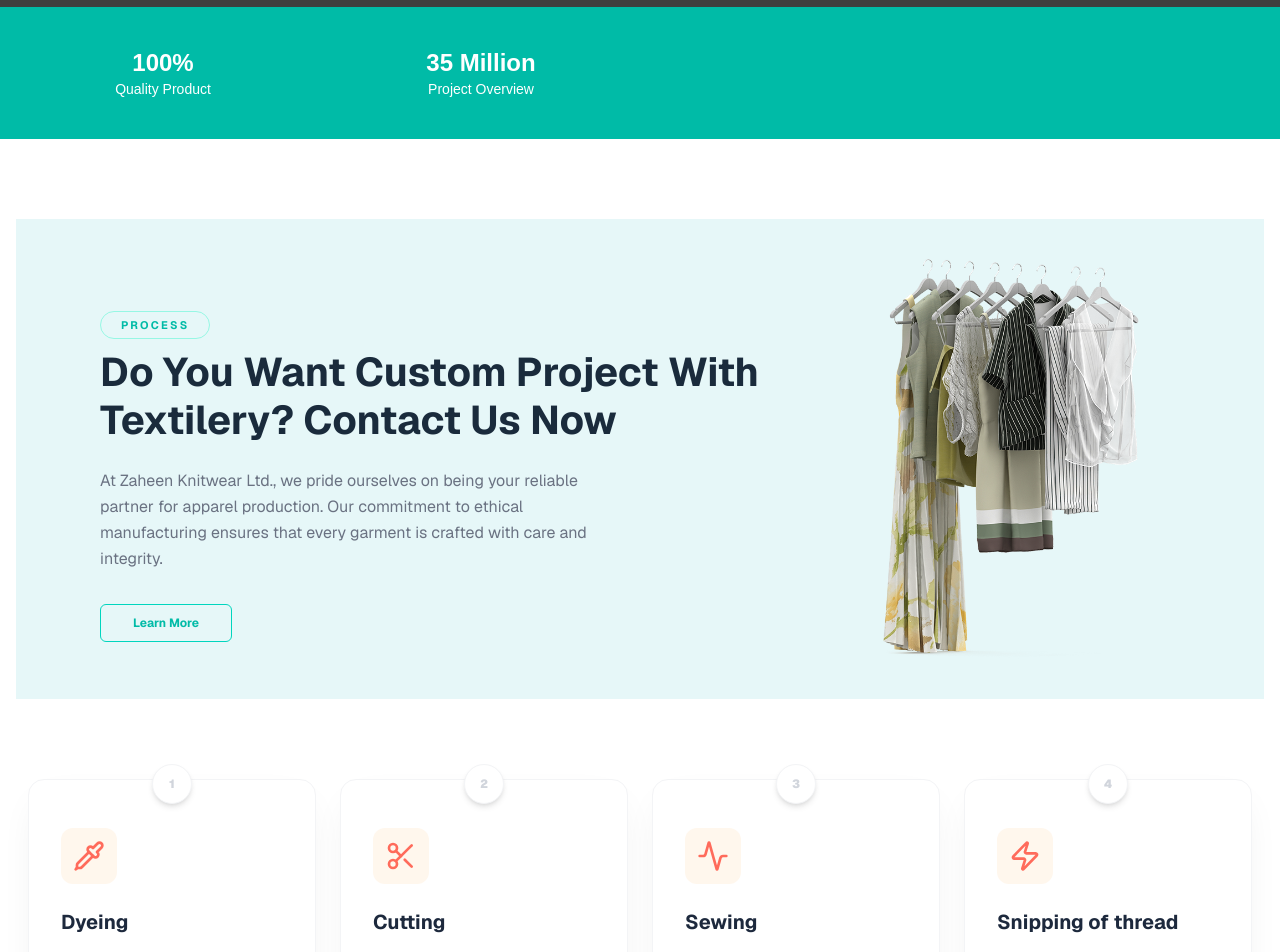
Repository: mdmuhibullahhabib/fullstack-assessment
Page: /
An editor plug-in stored every save of this project. The page is shown before and after the next save, followed by the edit.
The browser window is 1280 px wide. The pictures show the part of the page from y = 571 to 1523 px (the page is 3025 px tall).
Pictures or frames that could not be fetched are drawn as grey boxes. The project was rebuilt for these pictures with package versions that can differ from the ones it lists, and the page was loaded fresh each time. The framework's server and built-in components were replaced by stand-ins that run in the browser. Also part of the build but not shown: next.config.mjs.

Above is the page before, as saved 2025-12-27 10:09:22.

### src/app/layout.js
import { Geist, Geist_Mono } from "next/font/google";
import "./globals.css";
import Navbar from "@/components/shared/Navbar";
import Footer from "@/components/shared/Footer";

const geistSans = Geist({
  variable: "--font-geist-sans",
  subsets: ["latin"],
});

const geistMono = Geist_Mono({
  variable: "--font-geist-mono",
  subsets: ["latin"],
});

export const metadata = {
  title: "Create Next App",
  description: "Generated by create next app",
};

export default function RootLayout({ children }) {
  return (
    <html lang="en">
      <body
        className={`${geistSans.variable} ${geistMono.variable} antialiased`}
      >
        <Navbar/>
        {children}
        <Footer/>
      </body>
    </html>
  );
}

### src/app/page.js
import Apparel from "@/components/home/Apparel";
import CustomProcess from "@/components/home/CustomProcess";
import Hero from "@/components/home/hero";
import Stats from "@/components/home/Stats";


export default function Home() {
  return (
    <>
      <Hero />
      <Stats />
      <CustomProcess />
      <Apparel />
    </>
  );
}

### src/components/shared/Navbar.jsx
"use client";

import Link from "next/link";
import { Menu, X, ShoppingCart, User } from "lucide-react";
import { useState } from "react";

export default function Navbar() {
  const [open, setOpen] = useState(false);

  return (
    <header className="w-full">
      {/* ===== Top Bar ===== */}
      <div className="bg-teal-500 text-white text-sm">
        <div className="max-w-7xl mx-auto flex justify-between items-center px-4 py-2">
          <p>📍 Kashimpur, Gazipur Sadar / Gazipur</p>
          <div className="flex items-center gap-4">
            <span>📞 +880 01713-027875</span>
            <div className="flex gap-2">
              <span>f</span>
              <span>x</span>
              <span>▶</span>
              <span>📷</span>
            </div>
          </div>
        </div>
      </div>

      {/* ===== Main Navbar ===== */}
      <div className="bg-white shadow">
        <div className="max-w-7xl mx-auto flex items-center justify-between px-4 py-4">

          {/* Logo */}
          <Link href="/" className="flex items-center gap-2">
            <div className="w-10 h-10 bg-green-500 rounded flex items-center justify-center text-white font-bold">
              Z
            </div>
            <span className="font-bold text-lg text-gray-800">
              Company
            </span>
          </Link>

          {/* Desktop Menu */}
          <nav className="hidden md:flex items-center gap-8 text-gray-700 font-medium">
            <Link href="/">Home</Link>
            <Link href="/about">About Us</Link>
            <Link href="/services">Our Services</Link>
            <Link href="/products">Our Products</Link>
            <Link href="/blogs">Blogs</Link>
          </nav>

          {/* Right Actions */}
          <div className="hidden md:flex items-center gap-4">
            <ShoppingCart className="cursor-pointer" />
            <div className="w-8 h-8 bg-red-500 rounded-full flex items-center justify-center text-white">
              M
            </div>
            <Link
              href="/contact"
              className="bg-orange-500 text-white px-4 py-2 rounded"
            >
              Contact Us
            </Link>
          </div>

          {/* Mobile Menu Button */}
          <button
            onClick={() => setOpen(!open)}
            className="md:hidden"
          >
            {open ? <X /> : <Menu />}
          </button>
        </div>

        {/* ===== Mobile Menu ===== */}
        {open && (
          <div className="md:hidden bg-white border-t">
            <nav className="flex flex-col gap-4 px-4 py-4 text-gray-700">
              <Link href="/">Home</Link>
              <Link href="/about">About Us</Link>
              <Link href="/services">Our Services</Link>
              <Link href="/products">Our Products</Link>
              <Link href="/blogs">Blogs</Link>

              <div className="flex items-center gap-4 pt-4">
                <ShoppingCart />
                <User />
                <Link
                  href="/contact"
                  className="bg-orange-500 text-white px-4 py-2 rounded"
                >
                  Contact Us
                </Link>
              </div>
            </nav>
          </div>
        )}
      </div>
    </header>
  );
}

### src/components/shared/Footer.jsx
import Image from "next/image";
import Link from "next/link";

export default function Footer() {
  return (
    <footer className="bg-[#f8f8f8] border-t">
      <div className="max-w-7xl mx-auto px-4 py-12">

        {/* ===== Top Section ===== */}
        <div className="grid grid-cols-1 md:grid-cols-4 gap-10">

          {/* Logo & Contact */}
          <div className="space-y-4">
            <div className="flex items-center gap-3">
              <Image src="/logo.png" alt="logo" width={48} height={48} />
              <Image src="/logo2.png" alt="logo2" width={48} height={48} />
            </div>

            <p className="text-sm text-gray-600 flex gap-2">
              📍 29 SE 2nd Ave, Miami, FL 33131, United States
            </p>
            <p className="text-sm text-gray-600">
              ✉ info@zaheen.com
            </p>
            <p className="text-sm font-semibold">
              📞 (+92) 3942 7879
            </p>
          </div>

          {/* Pages */}
          <div>
            <h4 className="font-semibold mb-4 uppercase text-sm">Pages</h4>
            <ul className="space-y-2 text-sm text-gray-600">
              <li><Link href="#">About Us</Link></li>
              <li><Link href="#">Our Services</Link></li>
              <li><Link href="#">Our Products</Link></li>
            </ul>
          </div>

          {/* Information */}
          <div>
            <h4 className="font-semibold mb-4 uppercase text-sm">Information</h4>
            <ul className="space-y-2 text-sm text-gray-600">
              <li><Link href="#">My Account</Link></li>
              <li><Link href="#">Corporate Enquiries</Link></li>
              <li><Link href="#">FAQs</Link></li>
            </ul>
          </div>
        </div>

        {/* ===== Payment Channels (SAME ROW STYLE) ===== */}
        <div className="mt-10">
          <h4 className="font-semibold text-sm mb-4">PAYMENT CHANNELS</h4>

          <div className="flex flex-wrap gap-3">
            {[
              "visa",
              "mastercard",
              "amex",
              "bKash",
              "nagad",
              "rocket",
              "upay",
              "tap",
              "citybank",
              "bracbank",
              "easternbank",
              "standardchartered",
            ].map((logo) => (
              <div
                key={logo}
                className="bg-white border rounded-md px-4 py-2 flex items-center justify-center"
              >
                <Image
                  src={`/payments/${logo}.png`}
                  alt={logo}
                  width={48}
                  height={28}
                  className="object-contain"
                />
              </div>
            ))}
          </div>
        </div>

        {/* ===== Bottom Bar ===== */}
        <div className="border-t mt-10 pt-6 flex flex-col md:flex-row justify-between items-center gap-4 text-sm text-gray-600">

          <p>
            Copyright ©{" "}
            <span className="text-orange-500 font-medium">
              360D Soul Limited
            </span>{" "}
            2025. All rights reserved.
          </p>

          <div className="flex gap-4 text-lg">
            <span>f</span>
            <span>x</span>
            <span>📷</span>
          </div>

          <div className="flex gap-4">
            <Link href="#">Terms & Condition</Link>
            <Link href="#">Privacy & Policy</Link>
            <Link href="#">Refund Policy</Link>
          </div>
        </div>

      </div>
    </footer>
  );
}

### src/components/home/Apparel.jsx
export default function Apparel() {
  const products = [
    {
      name: "Denim Jacket",
      price: "$10.00",
      img: "https://images.unsplash.com/photo-1520975916090-3105956dac38",
    },
    {
      name: "Hoodie",
      price: "$12.00",
      img: "https://images.unsplash.com/photo-1520974735194-6c9c0c13ed3d",
    },
    {
      name: "T-Shirt",
      price: "$8.00",
      img: "https://images.unsplash.com/photo-1583743814966-8936f5b7be1a",
    },
  ];

  return (
    <section className="bg-gray-50 py-16">
      <div className="max-w-7xl mx-auto px-4">
        <h2 className="text-2xl font-bold mb-8">Our Apparels</h2>

        <div className="grid sm:grid-cols-2 md:grid-cols-3 gap-6">
          {products.map((p, i) => (
            <div key={i} className="bg-white border rounded overflow-hidden">
              <img src={p.img} className="h-56 w-full object-cover" />
              <div className="p-4">
                <h3 className="font-semibold">{p.name}</h3>
                <p className="text-sm text-gray-600">{p.price}</p>
                <button className="mt-3 w-full bg-teal-500 text-white py-2 rounded">
                  Add to Cart
                </button>
              </div>
            </div>
          ))}
        </div>
      </div>
    </section>
  );
}

### src/components/home/CustomProcess.jsx
"use client"
import Image from "next/image";
import { Scissors, Pipette, Zap, Activity, Repeat, ClipboardCheck, Box } from "lucide-react";
import bgImage from "../../../public/home/ProcessImage-1.png";
import rightImage from "../../../public/home/ProcessImage-2.png";

export default function CustomProcess() {
    const steps = [
        { number: 1, title: "Dyeing", desc: "Adding color to biodegradable materials.", icon: <Pipette className="w-8 h-8 text-[#FF6B5B]" /> },
        { number: 2, title: "Cutting", desc: "Eco-friendly clothing items for all shapes and sizes.", icon: <Scissors className="w-8 h-8 text-[#FF6B5B]" /> },
        { number: 3, title: "Sewing", desc: "Vouching for the ultimate sturdiness and durability of the fabric.", icon: <Activity className="w-8 h-8 text-[#FF6B5B]" /> },
        { number: 4, title: "Snipping of thread", desc: "A neat edge, a soft and smooth finish.", icon: <Zap className="w-8 h-8 text-[#FF6B5B]" /> },
        { number: 5, title: "Ironing", desc: "Ironing it before shipping.", icon: <Repeat className="w-8 h-8 text-[#FF6B5B]" /> },
        { number: 6, title: "Checking", desc: "Going through each clothing piece to ensure supreme quality standards are met.", icon: <ClipboardCheck className="w-8 h-8 text-[#FF6B5B]" /> },
        { number: 7, title: "Package", desc: "Folding and packing with the utmost care.", icon: <Box className="w-8 h-8 text-[#FF6B5B]" /> },
    ];

    return (
        <section className="bg-white py-20 px-4 font-sans">
            <div className="max-w-7xl mx-auto">

                {/* ===== TOP SECTION ===== */}
                <div className="relative bg-[#E6F7F8] overflow-hidden flex flex-col md:flex-row items-stretch mb-20 min-h-[450px]">

                    {/* Left Content Box (White with bgImage and Torn Edge) */}
                    <div
                        className="relative w-full md:w-[60%] p-10 mt-9 md:pl-5 md:p-1 flex flex-col justify-center items-start "
                        style={{
                            backgroundImage: `url(${bgImage})`,
                            backgroundSize: "cover",
                            backgroundPosition: "center",
                        }}
                    >
                        <div
                        className="ml-16 "
                        >
                            <div className="mb-3">
                                <span className="px-5 py-1.5 rounded-full border border-teal-200 text-teal-500 text-[11px] font-bold uppercase tracking-[0.2em]">
                                    Process
                                </span>
                            </div>

                            <h3 className="text-3xl md:text-[40px] font-bold text-[#1a2b3c] leading-[1.2] mb-6">
                                Do You Want Custom Project With Textilery? Contact Us Now
                            </h3>

                            <p className="text-gray-500 text-sm md:text-base leading-relaxed max-w-lg mb-8">
                                At Zaheen Knitwear Ltd., we pride ourselves on being your reliable partner for
                                apparel production. Our commitment to ethical manufacturing ensures that
                                every garment is crafted with care and integrity.
                            </p>

                            <button className="border-[1.5px] border-teal-400 text-teal-500 px-8 py-2.5 rounded-md font-bold text-xs hover:bg-teal-500 hover:text-white transition-all">
                                Learn More
                            </button>
                        </div>
                    </div>

                    {/* Right Content (Image of hanging clothes) */}
                    <div className="w-full md:w-[40%] relative flex items-center justify-center py-10">
                        <div className="relative w-[85%] h-[400px]">
                            <Image
                                src={rightImage}
                                alt="Clothing Preview"
                                fill
                                className="object-contain"
                                priority
                            />
                        </div>
                    </div>
                </div>

                {/* ===== PROCESS STEPS GRID ===== */}
                <div className="flex flex-wrap justify-center gap-6">
                    {steps.map((step, index) => (
                        <div
                            key={step.number}
                            className={`
                relative bg-white p-8 pt-12 rounded-2xl shadow-[0_15px_40px_-15px_rgba(0,0,0,0.1)]
                border border-gray-100 flex flex-col items-start transition-all hover:-translate-y-2
                w-full sm:w-[calc(50%-1.5rem)] lg:w-[calc(25%-1.5rem)]
                ${index >= 4 ? 'lg:translate-y-2' : ''}
              `}
                        >
                            {/* Step Number Circle */}
                            <div className="absolute -top-4 left-1/2 -translate-x-1/2 w-10 h-10 bg-white border border-gray-100 shadow-md rounded-full flex items-center justify-center text-xs font-black text-gray-300">
                                {step.number}
                            </div>

                            <div className="mb-6 bg-orange-50 p-3 rounded-xl">
                                {step.icon}
                            </div>

                            <h3 className="text-xl font-bold text-slate-800 mb-3">
                                {step.title}
                            </h3>
                            <p className="text-[14px] text-gray-500 leading-relaxed">
                                {step.desc}
                            </p>
                        </div>
                    ))}
                </div>

            </div>
        </section>
    );
}

### src/components/home/hero.jsx
export default function Hero() {
  return (
    <section className="relative bg-black text-white">
      <img
        src="https://images.unsplash.com/photo-1520975916090-3105956dac38"
        className="absolute inset-0 w-full h-full object-cover opacity-40"
      />

      <div className="relative max-w-7xl mx-auto px-4 py-28 grid md:grid-cols-2 gap-10">
        <div>
          <p className="text-sm uppercase mb-3 text-teal-400">
            Textile & Garments
          </p>
          <h1 className="text-4xl md:text-5xl font-bold mb-5">
            High-Quality Garments. <br /> Ethically Made.
          </h1>
          <p className="text-gray-300 mb-6">
            We manufacture premium garments using ethical and sustainable
            practices.
          </p>

          <div className="flex gap-4">
            <button className="bg-orange-500 px-6 py-3 rounded">
              Explore
            </button>
            <button className="border px-6 py-3 rounded">
              Contact Us
            </button>
          </div>
        </div>
      </div>
    </section>
  );
}

### src/components/home/Stats.jsx
export default function Stats() {
  const stats = [
    { title: "Quality Product", value: "100%" },
    { title: "Project Overview", value: "35 Million" },
  ];

  return (
    <section className="bg-teal-500 text-white">
      <div className="max-w-7xl mx-auto px-4 py-10 grid grid-cols-2 md:grid-cols-4 gap-6 text-center">
        {stats.map((s, i) => (
          <div key={i}>
            <h3 className="text-2xl font-bold">{s.value}</h3>
            <p className="text-sm">{s.title}</p>
          </div>
        ))}
      </div>
    </section>
  );
}

Loaded but not shown: src/app/globals.css (common file)

After the next save:
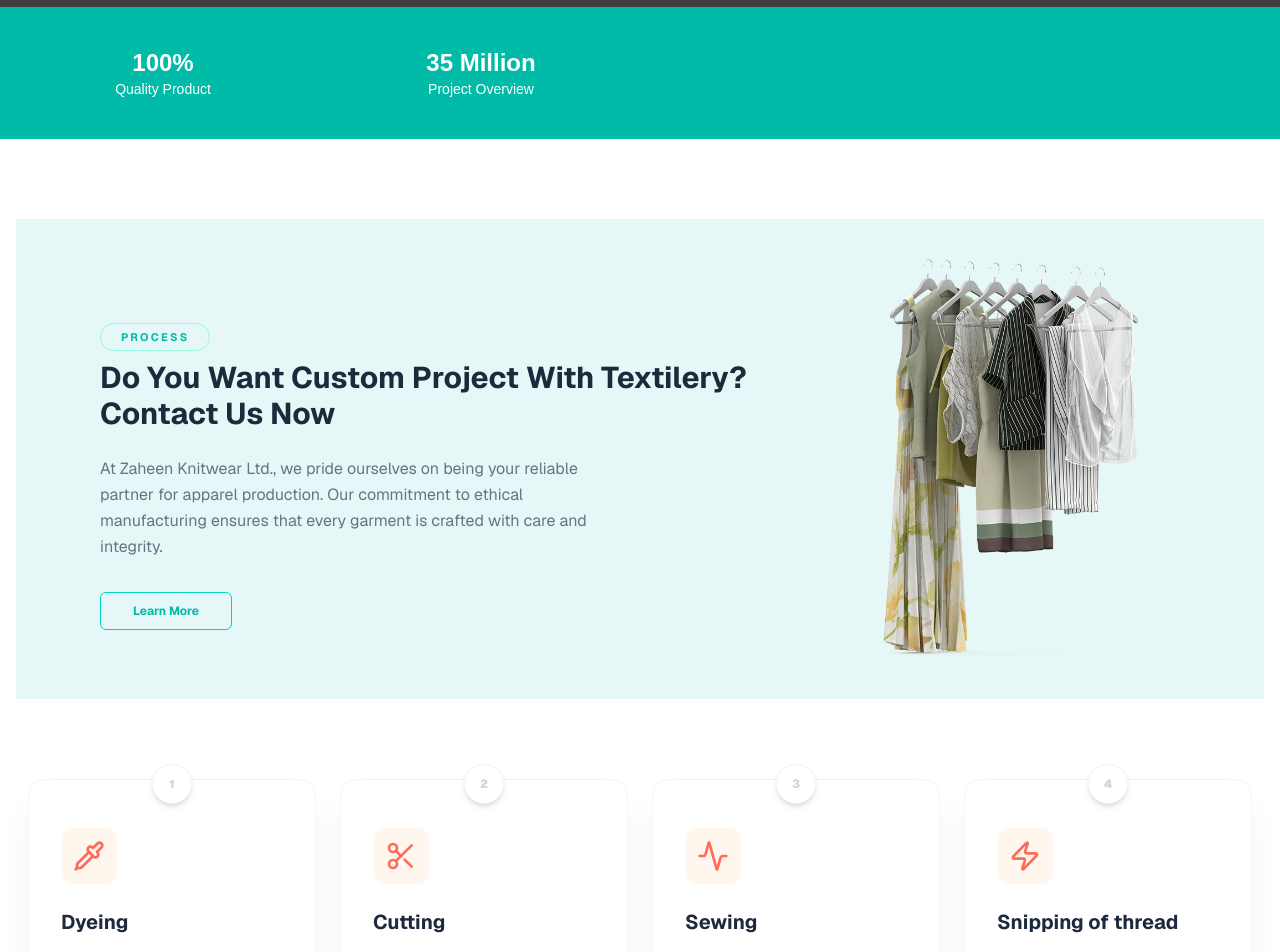
Saved 91 s later.
--- a/src/components/home/CustomProcess.jsx
+++ b/src/components/home/CustomProcess.jsx
@@ -40,7 +40,7 @@
                                 </span>
                             </div>
 
-                            <h3 className="text-3xl md:text-[40px] font-bold text-[#1a2b3c] leading-[1.2] mb-6">
+                            <h3 className="text-3xl  font-bold text-[#1a2b3c] leading-[1.2] mb-6">
                                 Do You Want Custom Project With Textilery? Contact Us Now
                             </h3>
 
